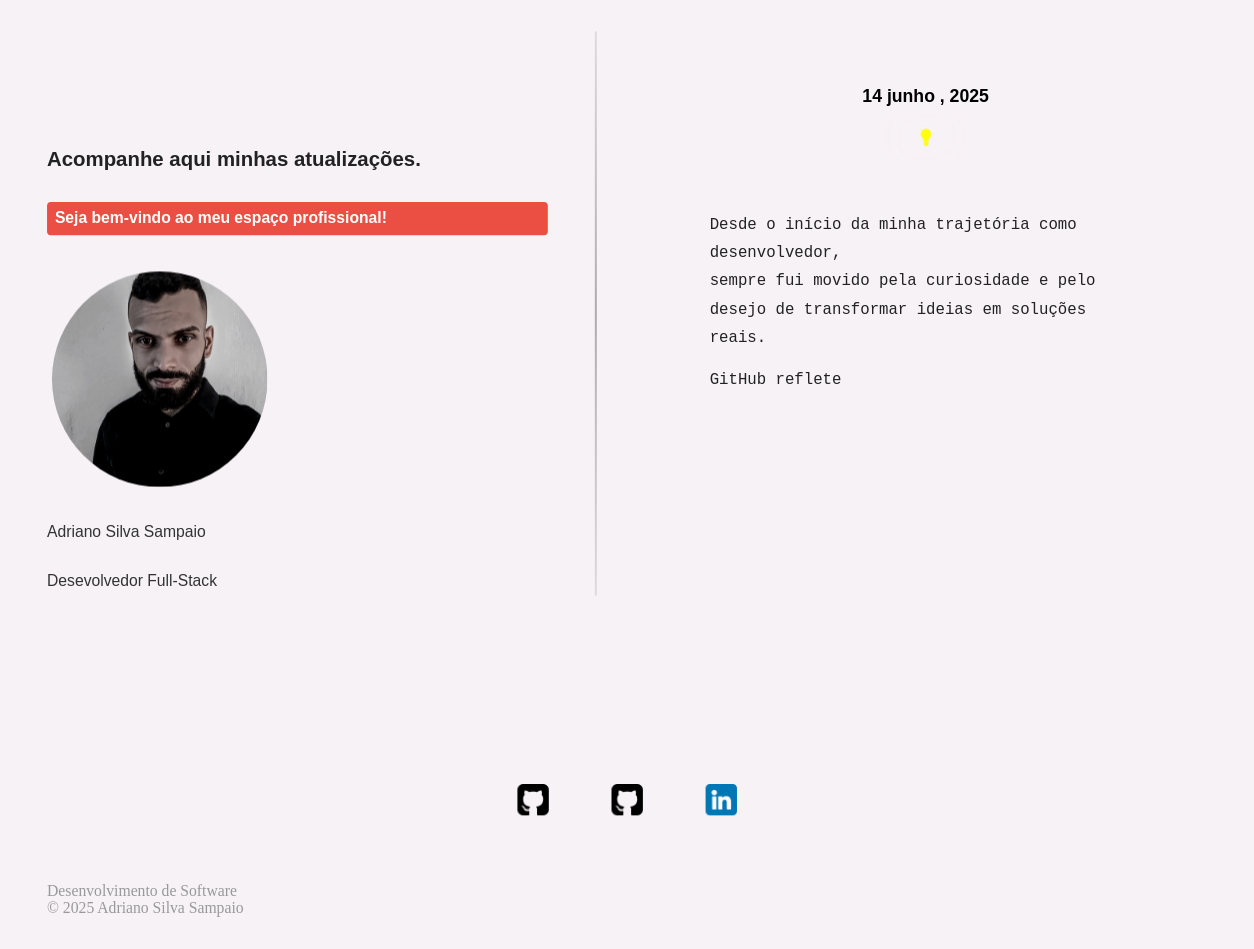
Repository: umdevadriano/portifolio2025
Page: /
These files come from the project's save history. The page is drawn as it stood at one moment and after the next save; the edit follows.
The browser window is 1280 px wide. The pictures show the whole page, at 98% of full size.
The project was rebuilt for these pictures with package versions that can differ from the ones it lists, and the page was loaded fresh each time. Also part of the build but not shown: vite.config.ts.

Above is the page before, as saved 2025-06-29 20:33:44.

After the next save:
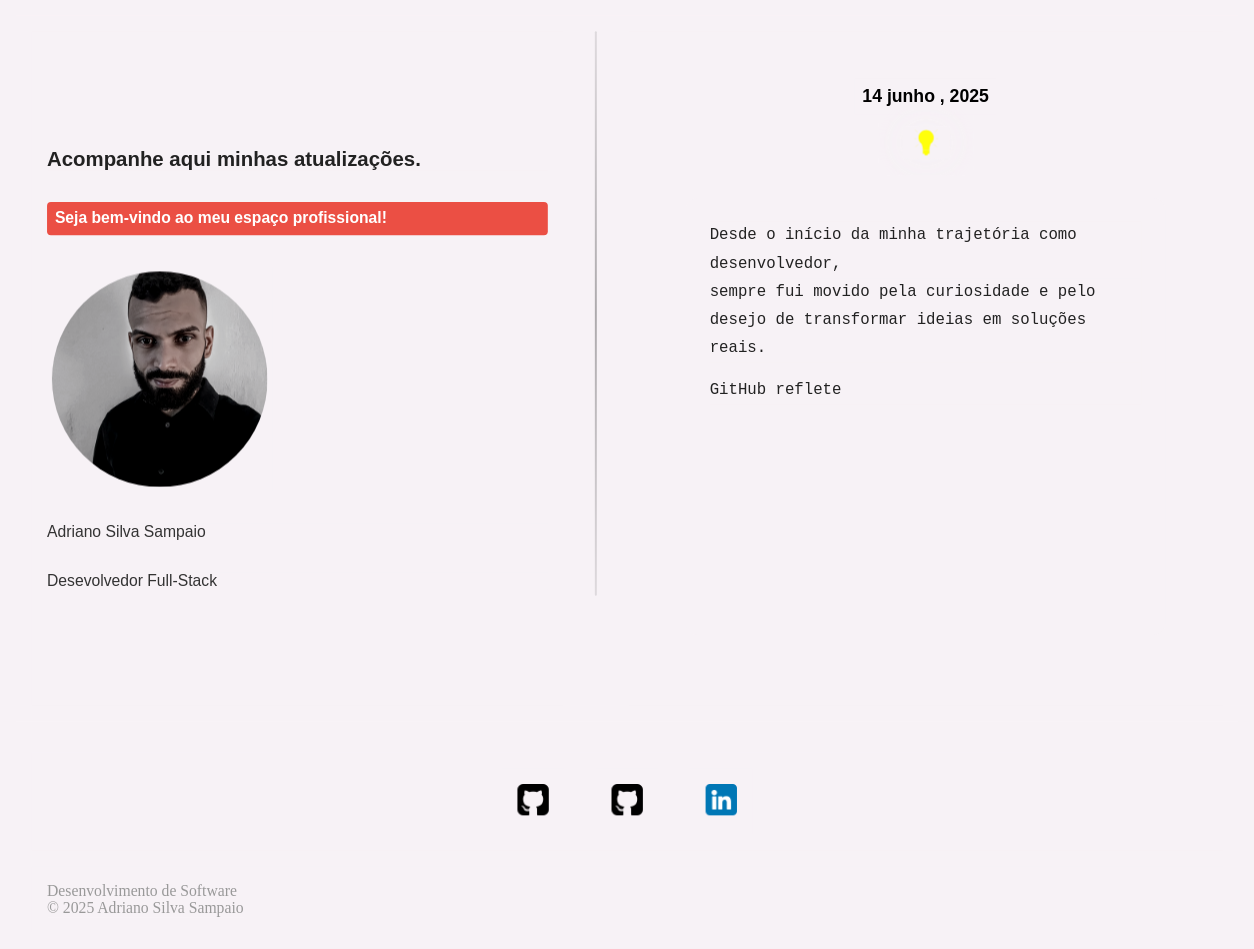
Saved 7 s later.
--- a/src/componentes/LampadaAnimada/LampadaAnimada.tsx
+++ b/src/componentes/LampadaAnimada/LampadaAnimada.tsx
@@ -18,7 +18,7 @@ const glowAnimation = keyframes`
 
 const SvgLamp = styled.svg`
   width: 3rem;
-  height: 2rem;
+  height: 3rem;
   cursor: pointer;
   display: block;
   margin: 0 auto;
